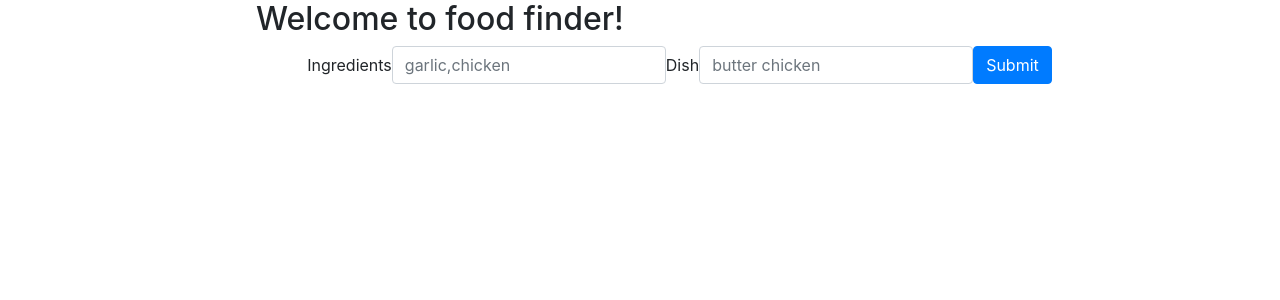
Repository: ratanparmar/receipesearch
Page: /
An editor plug-in stored every save of this project. The page is shown before and after the next save, followed by the edit.
The browser window is 1280 px wide. The pictures show the whole page.
The project was rebuilt for these pictures with package versions that can differ from the ones it lists, and the page was loaded fresh each time.

Above is the page before, as saved 2019-12-10 16:25:06.

After the next save:
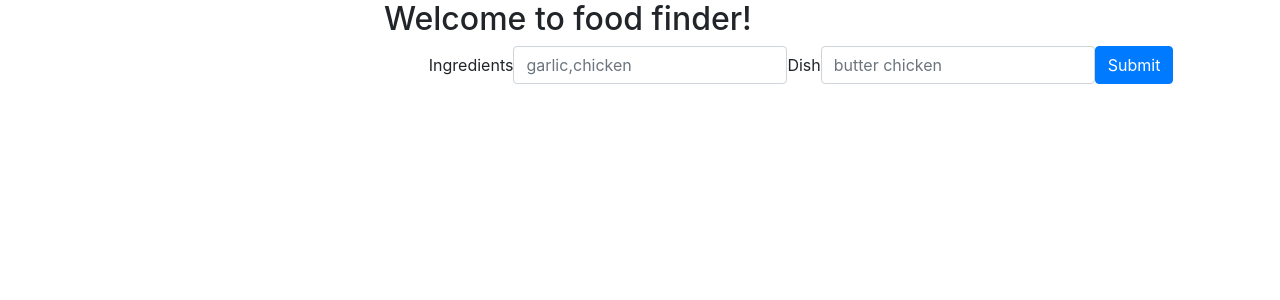
Saved 5 s later.
--- a/src/style/index.css
+++ b/src/style/index.css
@@ -1,5 +1,5 @@
 body{
-    padding-left: 20%;
+    padding-left: 30%;
 }
 .App{
     text-align: center;
